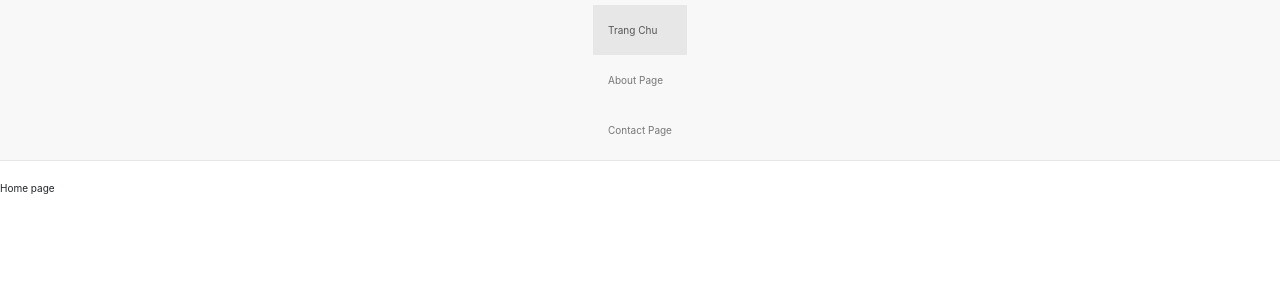
Repository: hntvip/react-route
Page: /
These files come from the project's save history. The page is drawn as it stood at one moment and after the next save; the edit follows.
The browser window is 1280 px wide. The pictures show the whole page.
The project was rebuilt for these pictures with package versions that can differ from the ones it lists, and the page was loaded fresh each time. Also part of the build but not shown: src/components/About.js, src/components/Contact.js.

Above is the page before, as saved 2019-11-28 10:41:46.

### public/index.html
<!DOCTYPE html>
<html lang="en">
  <head>
    <meta charset="utf-8" />
    <link rel="icon" href="%PUBLIC_URL%/favicon.ico" />
    <meta name="viewport" content="width=device-width, initial-scale=1" />
    <meta name="theme-color" content="#000000" />
    <meta
      name="description"
      content="Web site created using create-react-app"
    />
    <link rel="apple-touch-icon" href="logo192.png" />
    <!--
      manifest.json provides metadata used when your web app is installed on a
      user's mobile device or desktop. See https://developers.google.com/web/fundamentals/web-app-manifest/
    -->
    <link rel="manifest" href="%PUBLIC_URL%/manifest.json" />
    <!--
      Notice the use of %PUBLIC_URL% in the tags above.
      It will be replaced with the URL of the `public` folder during the build.
      Only files inside the `public` folder can be referenced from the HTML.

      Unlike "/favicon.ico" or "favicon.ico", "%PUBLIC_URL%/favicon.ico" will
      work correctly both with client-side routing and a non-root public URL.
      Learn how to configure a non-root public URL by running `npm run build`.
    -->
    <title>React App</title>

    <!-- Latest compiled and minified CSS & JS -->
    <link rel="stylesheet" media="screen" href="//netdna.bootstrapcdn.com/bootstrap/3.3.4/css/bootstrap.min.css">
    <script src="//code.jquery.com/jquery.js"></script>
    <script src="//netdna.bootstrapcdn.com/bootstrap/3.3.4/js/bootstrap.min.js"></script>

  </head>
  <body>
    <noscript>You need to enable JavaScript to run this app.</noscript>
    <div id="root"></div>
    <!--
      This HTML file is a template.
      If you open it directly in the browser, you will see an empty page.

      You can add webfonts, meta tags, or analytics to this file.
      The build step will place the bundled scripts into the <body> tag.

      To begin the development, run `npm start` or `yarn start`.
      To create a production bundle, use `npm run build` or `yarn build`.
    -->
  </body>
</html>

### src/index.js
import React from 'react';
import ReactDOM from 'react-dom';
import './index.css';
import App from './App';
import * as serviceWorker from './serviceWorker';

import '../node_modules/bootstrap/dist/css/bootstrap.css';

ReactDOM.render(<App />, document.getElementById('root'));

// If you want your app to work offline and load faster, you can change
// unregister() to register() below. Note this comes with some pitfalls.
// Learn more about service workers: https://bit.ly/CRA-PWA
serviceWorker.unregister();

### src/App.js
import React, { Component } from 'react';
import { BrowserRouter as Router, Route, Switch} from 'react-router-dom';
import Menu from './components/Menu';
import About from './components/About';
import Home from './components/Home';
import Contact from './components/Contact';

class App extends Component {
  render(){
    return (
      <Router>
        <div className="App">
          <Menu/>
          {/* Noi Dung */}
          <Switch>
            <Route path="/" exact component={Home}></Route>
            <Route path="/contact" component={Contact}></Route>
            <Route path="/about" component={About}></Route>
          </Switch>
        </div>
      </Router>
    )
  }
}

export default App;

### src/components/Menu.js
import React, { Component } from 'react';
import { Route, Link} from 'react-router-dom';

const menus = [
  {
    name: 'Trang Chu',
    to:'/',
    exact: true
  },{
    name: 'About Page',
    to:'/about',
    exact: false
  },{
    name: 'Contact Page',
    to:'/contact',
    exact: false
  }
]
const MenuLink = ({label, to, activeOnlyWhenExact}) => {
  return (
    <Route path={to} exact={activeOnlyWhenExact} children={({match})=>{
      var active = match ? 'active': 'abc'
      return (
        <li className={active}>
          <Link to={to} className="my-link">{label}</Link>
        </li>
      )
    }}>
    </Route>
  )
}

class Menu extends Component{
  render(){
    return(
      <nav className="navbar navbar-default navbar-fixed-top" role="navigation">
        <ul className="nav navbar-nav">
          { this.showMenu(menus) }
        </ul>
      </nav>
    );
  }

  showMenu = (menus) => {
    var result = null;
    console.log(menus)
    if ( menus.length > 0 ){
      result = menus.map((menu, index) => {
        return (
          <MenuLink to={menu.to}
            key={index}
            label={menu.name}
            activeOnlyWhenExact={menu.exact}
          />
        )
      })
    }
    return result;
  }
}

export default Menu;

### src/components/Home.js
import React from 'react';

function Home() {
  return (
    <div>Home page</div>
  );
}

export default Home;

Loaded but not shown: src/index.css (common file); src/serviceWorker.js (common file)

After the next save:
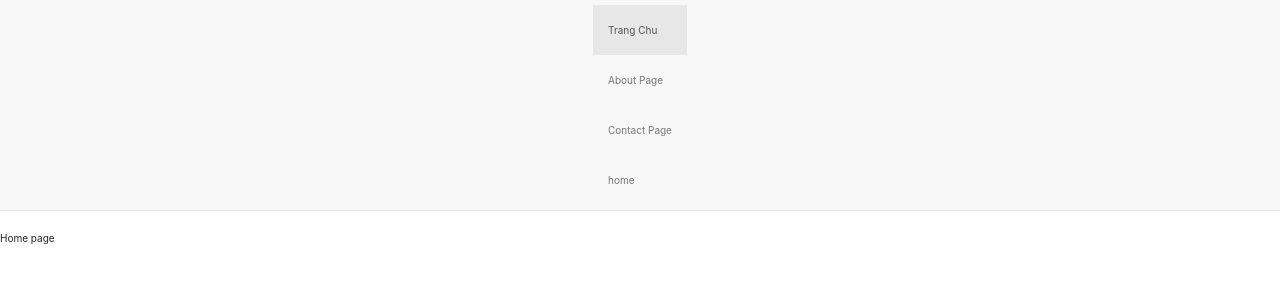
Saved 90 s later.
--- a/src/components/Menu.js
+++ b/src/components/Menu.js
@@ -36,6 +36,10 @@ class Menu extends Component{
       <nav className="navbar navbar-default navbar-fixed-top" role="navigation">
         <ul className="nav navbar-nav">
           { this.showMenu(menus) }
+          <MenuLink to="/home"
+            label='home'
+            activeOnlyWhenExact='true'
+          />
         </ul>
       </nav>
     );
